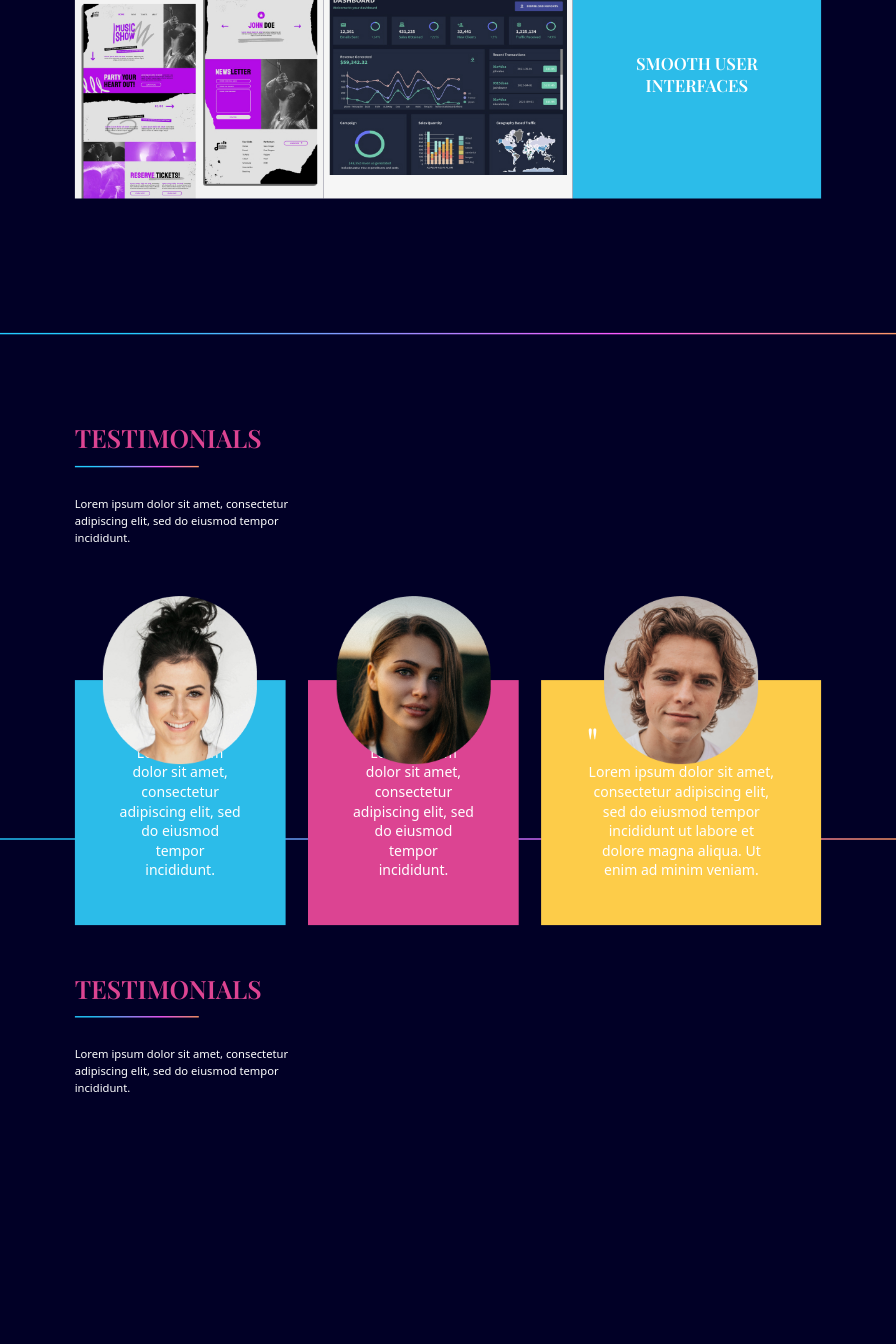
Repository: thibaultNicolas/portfolio-react
Page: /
The author's editor kept a copy of each file at every save. The page is drawn from the files as they stood at one save, then again after the next save.
The browser window is 1280 px wide. The pictures show the part of the page from y = 2761 to 4681 px (the page is 4681 px tall), at 70% of full size.
The project was rebuilt for these pictures with package versions that can differ from the ones it lists, and the page was loaded fresh each time. Also part of the build but not shown: next.config.ts.

Above is the page before, as saved 2023-01-08 12:24:10.

### public/index.html
<!DOCTYPE html>
<html lang="en">

<head>
  <meta charset="utf-8" />
  <link rel="icon" href="%PUBLIC_URL%/favicon.ico" />
  <meta name="viewport" content="width=device-width, initial-scale=1" />
  <meta name="theme-color" content="#000000" />
  <meta name="description" content="Web site created using create-react-app" />
  <link rel="apple-touch-icon" href="%PUBLIC_URL%/logo192.png" />
  <!--
      manifest.json provides metadata used when your web app is installed on a
      user's mobile device or desktop. See https://developers.google.com/web/fundamentals/web-app-manifest/
    -->
  <link rel="manifest" href="%PUBLIC_URL%/manifest.json" />
  <!--
      Notice the use of %PUBLIC_URL% in the tags above.
      It will be replaced with the URL of the `public` folder during the build.
      Only files inside the `public` folder can be referenced from the HTML.

      Unlike "/favicon.ico" or "favicon.ico", "%PUBLIC_URL%/favicon.ico" will
      work correctly both with client-side routing and a non-root public URL.
      Learn how to configure a non-root public URL by running `npm run build`.
    -->
  <title>React App</title>
  <link href="/public/output.css" rel="stylesheet">
</head>

<body>
  <noscript>You need to enable JavaScript to run this app.</noscript>
  <div id="root"></div>
  <!--
      This HTML file is a template.
      If you open it directly in the browser, you will see an empty page.

      You can add webfonts, meta tags, or analytics to this file.
      The build step will place the bundled scripts into the <body> tag.

      To begin the development, run `npm start` or `yarn start`.
      To create a production bundle, use `npm run build` or `yarn build`.
    -->
</body>

</html>

### src/index.css
@import url('https://fonts.googleapis.com/css2?family=Open+Sans:wght@400;600&family=Playfair+Display:wght@400;600&display=swap');

@tailwind base;
@tailwind components;
@tailwind utilities;

html,
body,
#root,
.app{
    height: 100%;
    background-color: #010026;
    @apply text-white;
}

### src/scenes/Navbar.jsx
import { useState } from 'react';
import AnchorLink from 'react-anchor-link-smooth-scroll';
import useMediaQuery from '../hooks/useMediaQuery';

const Link = ({ page, selectedPage, setSelectedPage }) => {
    const lowerCasePage = page.toLowerCase();
    return (
        <AnchorLink
            className={`${selectedPage === lowerCasePage ? 'text-yellow' : ''}
            hover:text-yellow transition duration-500`}
            href={`#${lowerCasePage}`}
            onClick={() => setSelectedPage(lowerCasePage)}
        >
            {page}
        </AnchorLink>
    );
};

const Navbar = ({ isTopOfPage, selectedPage, setSelectedPage }) => {
    const [isMenuToggled, setIsMenuToggled] = useState(false);
    const isAboveSmallScreens = useMediaQuery('(min-width:768px)');
    const navbarBackground = isTopOfPage ? "" : "bg-red";

    return (
        <nav className={`${navbarBackground} z-40 w-full fixed top-0 py-6`}>
            <div className="flex items-center justify-between mx-auto w-5/6">
                <h4 className="font-playfair text-3xl font-bold">NT</h4>

                {/* DESKTOP NAV */}
                {isAboveSmallScreens ? (
                    <div className="flex justify-between gap-16 font-openSans txt-sm font-semibold">
                        <Link
                            page="Home"
                            selectedPage={selectedPage}
                            setSelectedPage={setSelectedPage}
                        />
                        <Link
                            page="Skills"
                            selectedPage={selectedPage}
                            setSelectedPage={setSelectedPage}
                        />
                        <Link
                            page="Projects"
                            selectedPage={selectedPage}
                            setSelectedPage={setSelectedPage}
                        />
                        <Link
                            page="Testimonials"
                            selectedPage={selectedPage}
                            setSelectedPage={setSelectedPage}
                        />
                        <Link
                            page="Contact"
                            selectedPage={selectedPage}
                            setSelectedPage={setSelectedPage}
                        />
                    </div>
                ) : (
                    <button
                        className="rounded-full bg-red p-2"
                        onClick={() => setIsMenuToggled(!isMenuToggled)}
                    >
                        <img src="../assets/menu-icon.svg" alt="menu-icon" />
                    </button>
                )}

                {/* MOBILE MENU POPUP */}
                {!isAboveSmallScreens && isMenuToggled && (
                    <div className="fixed right-0 bottom-0 h-full bg-blue w-[300px]">
                        {/* CLOSE ICON */}
                        <div className="flex justify-end p-12">
                            <button
                                onClick={() => setIsMenuToggled(!isMenuToggled)}
                            >
                                <img
                                    src="../assets/close-icon.svg"
                                    alt="close-icon"
                                />
                            </button>
                        </div>
                        {/* MENU ITEMS */}
                        <div className="flex flex-col gap-10 ml-[33%] text-2xl text-deep-blue">
                            <Link
                                page="Home"
                                selectedPage={selectedPage}
                                setSelectedPage={setSelectedPage}
                            />
                            <Link
                                page="Skills"
                                selectedPage={selectedPage}
                                setSelectedPage={setSelectedPage}
                            />
                            <Link
                                page="Projects"
                                selectedPage={selectedPage}
                                setSelectedPage={setSelectedPage}
                            />
                            <Link
                                page="Testimonials"
                                selectedPage={selectedPage}
                                setSelectedPage={setSelectedPage}
                            />
                            <Link
                                page="Contact"
                                selectedPage={selectedPage}
                                setSelectedPage={setSelectedPage}
                            />
                        </div>
                    </div>
                )}
            </div>
        </nav>
    );
};

export default Navbar;

### src/scenes/DotGroup.jsx
import AnchorLink from 'react-anchor-link-smooth-scroll';
const DotGroup = ({ selectedPage, setSelectedPage }) => {
    const selectedStyles = `relative bg-yellow before:absolute before:w-6 before:h-6
    before:rounded-full before:border-2 before:border-yellow before:left-[-50%]
    before:top-[-50%]`;
    return (
        <div className="flex flex-col gap-6 fixed top-[60%] right-7">
            <AnchorLink
                className={`${selectedPage === 'home' ? selectedStyles : 'bg-dark-grey'}
            w-3 h-3 rounded-full`}
                href="#home"
                onClick={() => setSelectedPage('home')}
            />
            <AnchorLink
                className={`${selectedPage === 'skills' ? selectedStyles : 'bg-dark-grey'}
            w-3 h-3 rounded-full`}
                href="#skills"
                onClick={() => setSelectedPage('skills')}
            />
            <AnchorLink
                className={`${selectedPage === 'projects' ? selectedStyles : 'bg-dark-grey'}
            w-3 h-3 rounded-full`}
                href="#projects"
                onClick={() => setSelectedPage('projects')}
            />
            <AnchorLink
                className={`${selectedPage === 'testimonials' ? selectedStyles : 'bg-dark-grey'}
            w-3 h-3 rounded-full`}
                href="#testimonials"
                onClick={() => setSelectedPage('testimonials')}
            />
            <AnchorLink
                className={`${selectedPage === 'contact' ? selectedStyles : 'bg-dark-grey'}
            w-3 h-3 rounded-full`}
                href="#contact"
                onClick={() => setSelectedPage('contact')}
            />
        </div>
    );
};
export default DotGroup;

### src/scenes/Projects.jsx
import LineGradient from '../components/LineGradient';
import useMediaQuery from '../hooks/useMediaQuery';
import { motion } from 'framer-motion';

const container = {
    hidden: {},
    visible: {
        transition: { staggerChildren: 0.2 },
    },
};

const projectVariant = {
    hidden: { opacity: 0, scale: 0.8 },
    visible: { opacity: 1, scale: 1 },
};

const Project = ({ title }) => {
    const projectTitle = title.split(' ').join('-').toLowerCase();
    const overlayStyles = `absolute h-full w-full opacity-0 hover:opacity-90 transition duration-500 bg-grey z-30 flex flex-col justify-center items-center text-center p-16 text-deep-blue`;

    return (
        <motion.div variants={projectVariant} className="relative">
            <div className={overlayStyles}>
                <p className="text-2xl font-playfair">{title}</p>
                <p className="mt-7">
                    Lorem ipsum dolor sit amet, consectetur adipiscing elit, sed
                    do eiusmod tempor incididunt ut labore et dolore magna
                    aliqua. Ut enim ad minim veniam.
                </p>
            </div>
            <img src={`../assets/${projectTitle}.jpeg`} alt={projectTitle} />
        </motion.div>
    );
};

const Projects = () => {
    const isAboveMediumScreens = useMediaQuery('(min-width:1060px)');

    return (
        <section id="projects" className="pt-48 pb-48">
            {/* HEADINGS */}
            <div className="md:flex md:justify-between md:gap-16 mt-32">
                <motion.div
                    className="md:w-2/5 mx-auto text-center"
                    initial="hidden"
                    whileInView="visible"
                    viewport={{ once: true, amount: 0.5 }}
                    transition={{ duration: 0.5 }}
                    variants={{
                        hidden: { opacity: 0, x: -50 },
                        visible: { opacity: 1, x: 0 },
                    }}
                >
                    <div>
                        <p className="font-playfair font-semibold text-4xl">
                            MY <span className="text-red">PRO</span>JECTS
                        </p>
                        <div className="flex justify-center mt-5">
                            <LineGradient width="w-1/3" />
                        </div>
                    </div>

                    <p className="mt-10 mb-10">
                        Lorem ipsum dolor sit amet, consectetur adipiscing elit,
                        sed do eiusmod tempor incididunt ut labore et dolore
                        magna aliqua. Ut enim ad minim veniam.
                    </p>
                </motion.div>
            </div>
            {/* PROJECTS */}
            <div className="flex justify-center">
                <motion.div
                    className="sm:grid sm:grid-cols-2 md:grid-cols-3"
                    initial="hidden"
                    whileInView="visible"
                    viewport={{ once: true, amount: 0.5 }}
                    variants={container}
                >
                    {/* ROW 1 */}
                    <div className="flex justify-center text-center items-center p-10 bg-red max-w-[400px] max-h-[400px] text-2xl font-playfair font-semibold">
                        BEAUTIFUL USER INTERFACES
                    </div>

                    <Project title="Project 1" />
                    <Project title="Project 2" />

                    {/* ROW 2 */}
                    <Project title="Project 3" />
                    <Project title="Project 4" />
                    <Project title="Project 5" />

                    {/* ROW 3 */}
                    <Project title="Project 6" />
                    <Project title="Project 7" />

                    <div className="flex justify-center text-center items-center p-10 bg-blue max-w-[400px] max-h-[400px] text-2xl font-playfair font-semibold">
                        SMOOTH USER INTERFACES
                    </div>
                </motion.div>
            </div>
        </section>
    );
};
export default Projects;

### src/scenes/Testimonials.jsx
import LineGradient from '../components/LineGradient';
import { motion } from 'framer-motion';

const Testimonials = () => {
    const testimonialsStyles = `mx-auto relative max-w-[400px] h-[350px] flex flex-col justify-end p-16 mt-48 before:absolute before:top-[-120px] before:-ml-[110px] before:left-1/2`;

    return (
        <section id="testimonials" className="pt-32 pb-16">
            {/* HEADING */}

            <motion.div
                className="md:w-1/3 text-center md:text-left"
                initial="hidden"
                whileInView="visible"
                viewport={{ once: true, amount: 0.5 }}
                transition={{ duration: 0.5 }}
                variants={{
                    hidden: { opacity: 0, x: -50 },
                    visible: { opacity: 1, x: 0 },
                }}
            >
                <p className="font-playfair font-semibold text-4xl mb-5 text-red">
                    TESTIMONIALS
                </p>
                <LineGradient width="w-2/4" />
                <p className="mt-10">
                    Lorem ipsum dolor sit amet, consectetur adipiscing elit, sed
                    do eiusmod tempor incididunt.
                </p>
            </motion.div>

            {/* TESTIMONIALS */}
            <div className="md:flex md:justify-between gap-8">
                <motion.div
                    className={`bg-blue ${testimonialsStyles} before:content-person1`}
                    initial="hidden"
                    whileInView="visible"
                    viewport={{ once: true, amount: 0.5 }}
                    transition={{ duration: 0.5 }}
                    variants={{
                        hidden: { opacity: 0, scale: 0.8 },
                        visible: { opacity: 1, scale: 1 },
                    }}
                >
                    <p className="font-playfair text-6xl">"</p>
                    <p className="text-center text-xl">
                        Lorem ipsum dolor sit amet, consectetur adipiscing elit,
                        sed do eiusmod tempor incididunt.
                    </p>
                </motion.div>
                <motion.div
                    className={`bg-red ${testimonialsStyles} before:content-person2`}
                    initial="hidden"
                    whileInView="visible"
                    viewport={{ once: true, amount: 0.5 }}
                    transition={{ delay: 0.2, duration: 0.5 }}
                    variants={{
                        hidden: { opacity: 0, scale: 0.8 },
                        visible: { opacity: 1, scale: 1 },
                    }}
                >
                    <p className="font-playfair text-6xl">"</p>
                    <p className="text-center text-xl">
                        Lorem ipsum dolor sit amet, consectetur adipiscing elit,
                        sed do eiusmod tempor incididunt.
                    </p>
                </motion.div>
                <motion.div
                    className={`bg-yellow ${testimonialsStyles} before:content-person3`}
                    initial="hidden"
                    whileInView="visible"
                    viewport={{ once: true, amount: 0.5 }}
                    transition={{ delay: 0.4, duration: 0.5 }}
                    variants={{
                        hidden: { opacity: 0, scale: 0.8 },
                        visible: { opacity: 1, scale: 1 },
                    }}
                >
                    <p className="font-playfair text-6xl">"</p>
                    <p className="text-center text-xl">
                        Lorem ipsum dolor sit amet, consectetur adipiscing elit,
                        sed do eiusmod tempor incididunt ut labore et dolore
                        magna aliqua. Ut enim ad minim veniam.
                    </p>
                </motion.div>
            </div>
        </section>
    );
};
export default Testimonials;

### src/scenes/Contact.jsx
import LineGradient from '../components/LineGradient';
import { useForm } from 'react-hook-form';
import { motion } from 'framer-motion';

const Contact = () => {
    const {
        register,
        trigger,
        formState: { errors },
    } = useForm();

    const onSubmit = async (e) => {
        const isValid = await trigger();
        if(!isValid){
            e.preventDefault();
        }
    }

    return (
        <section id='contact' className='py-48'>
            {/* HEADING */}
            <motion.div
                className="md:w-1/3 text-center md:text-left"
                initial="hidden"
                whileInView="visible"
                viewport={{ once: true, amount: 0.5 }}
                transition={{ duration: 0.5 }}
                variants={{
                    hidden: { opacity: 0, x: -50 },
                    visible: { opacity: 1, x: 0 },
                }}
            >
                <p className="font-playfair font-semibold text-4xl mb-5 text-red">
                    TESTIMONIALS
                </p>
                <LineGradient width="w-2/4" />
                <p className="mt-10">
                    Lorem ipsum dolor sit amet, consectetur adipiscing elit, sed
                    do eiusmod tempor incididunt.
                </p>
            </motion.div>
        </section>
    )
};

export default Contact;

### src/components/LineGradient.jsx
const LineGradient = ({ width = 'w-full' }) => {
    return (
        <div className={`h-0.5 ${width} bg-gradient-rainblue`}>

        </div>
    )
};

export default LineGradient;

### src/hooks/useMediaQuery.jsx
import { useState, useEffect } from 'react';

const useMediaQuery = (query) => {
    const [matches, setMatches] = useState(false);

    useEffect(() => {
        const media = window.matchMedia(query);
        if (media.matches !== matches) {
            setMatches(media.matches);
        }
        const listener = () => setMatches(media.matches);
        window.addEventListener('resize', listener);
        return () => window.removeEventListener('resize', listener);
    }, [matches, query]);

    return matches;
};

export default useMediaQuery;

### src/components/SocialMediaIcons.jsx

const SocialMediaIcons = () =>{
    return (
        <div className="flex justify-center md:justify-start my-10 gap-7">
            <a
            className="hover:opacity-50 transition duration-500"
            href="https://www.linkedin.com/in/nicolas-thibault-6652b9194/"
            target="_blank"
            rel="noreferrer">
                <img src="../assets/linkedin.png" alt="linkedin-link" />
            </a>
            <a
            className="hover:opacity-50 transition duration-500"
            href="https://www.facebook.com/nicolas.thibault3/"
            target="_blank"
            rel="noreferrer">
                <img src="../assets/facebook.png" alt="facebook-link" />
            </a>
            <a
            className="hover:opacity-50 transition duration-500"
            href="https://www.instagram.com/nicolasthibault_/"
            target="_blank"
            rel="noreferrer">
                <img src="../assets/instagram.png" alt="instagram-link" />
            </a>
        </div>
    )
}
export default SocialMediaIcons;

Loaded but not shown: src/index.js (common file); src/App.js (58 lines, source omitted); tailwind.config.js (41 lines, source omitted); public/output.css (740 lines, source omitted); src/scenes/MySkills.jsx (144 lines, source omitted); src/scenes/Landing.jsx (111 lines, source omitted)

After the next save:
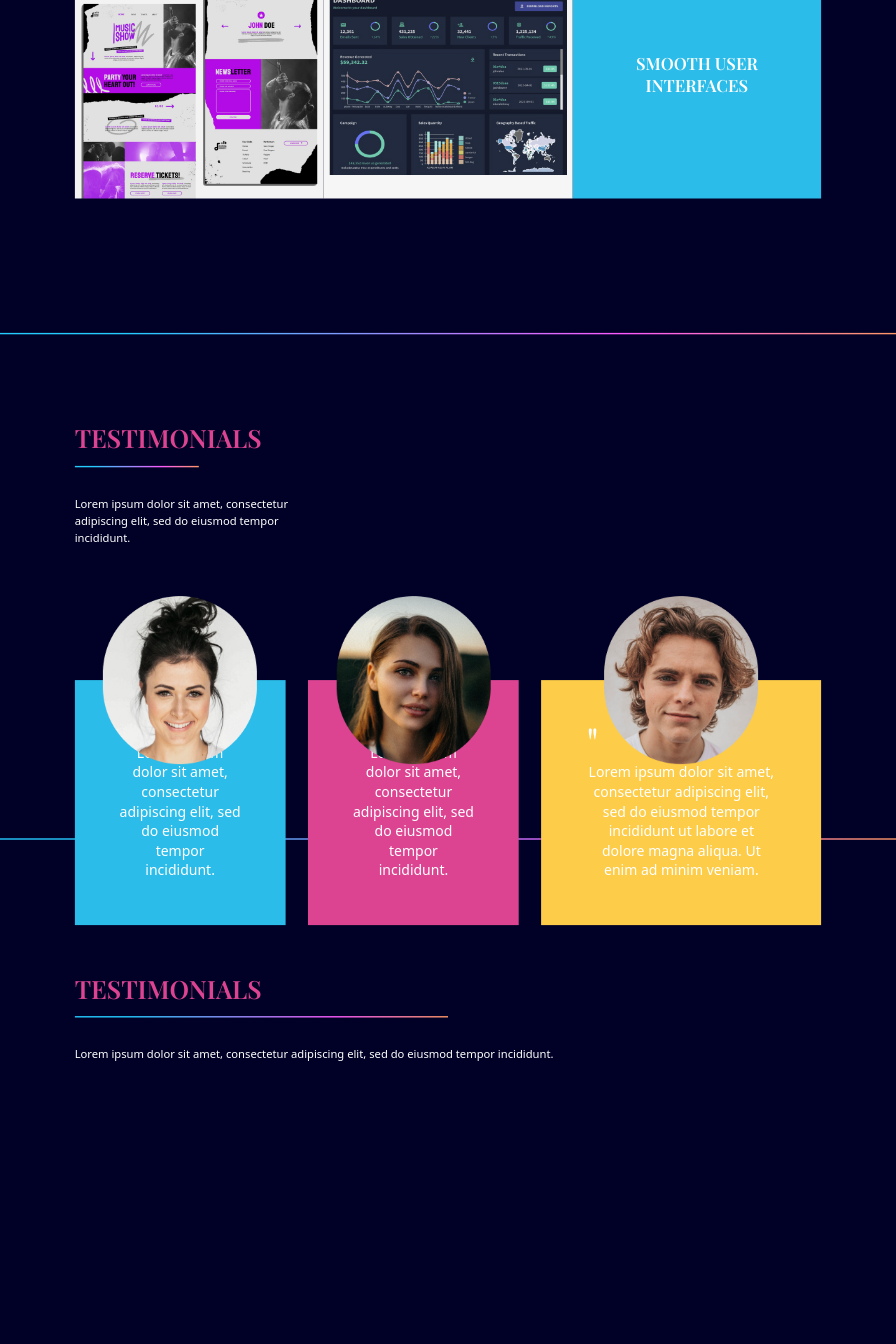
Saved 4 s later.
--- a/src/scenes/Contact.jsx
+++ b/src/scenes/Contact.jsx
@@ -20,7 +20,7 @@ const Contact = () => {
         <section id='contact' className='py-48'>
             {/* HEADING */}
             <motion.div
-                className="md:w-1/3 text-center md:text-left"
+                className=""
                 initial="hidden"
                 whileInView="visible"
                 viewport={{ once: true, amount: 0.5 }}
